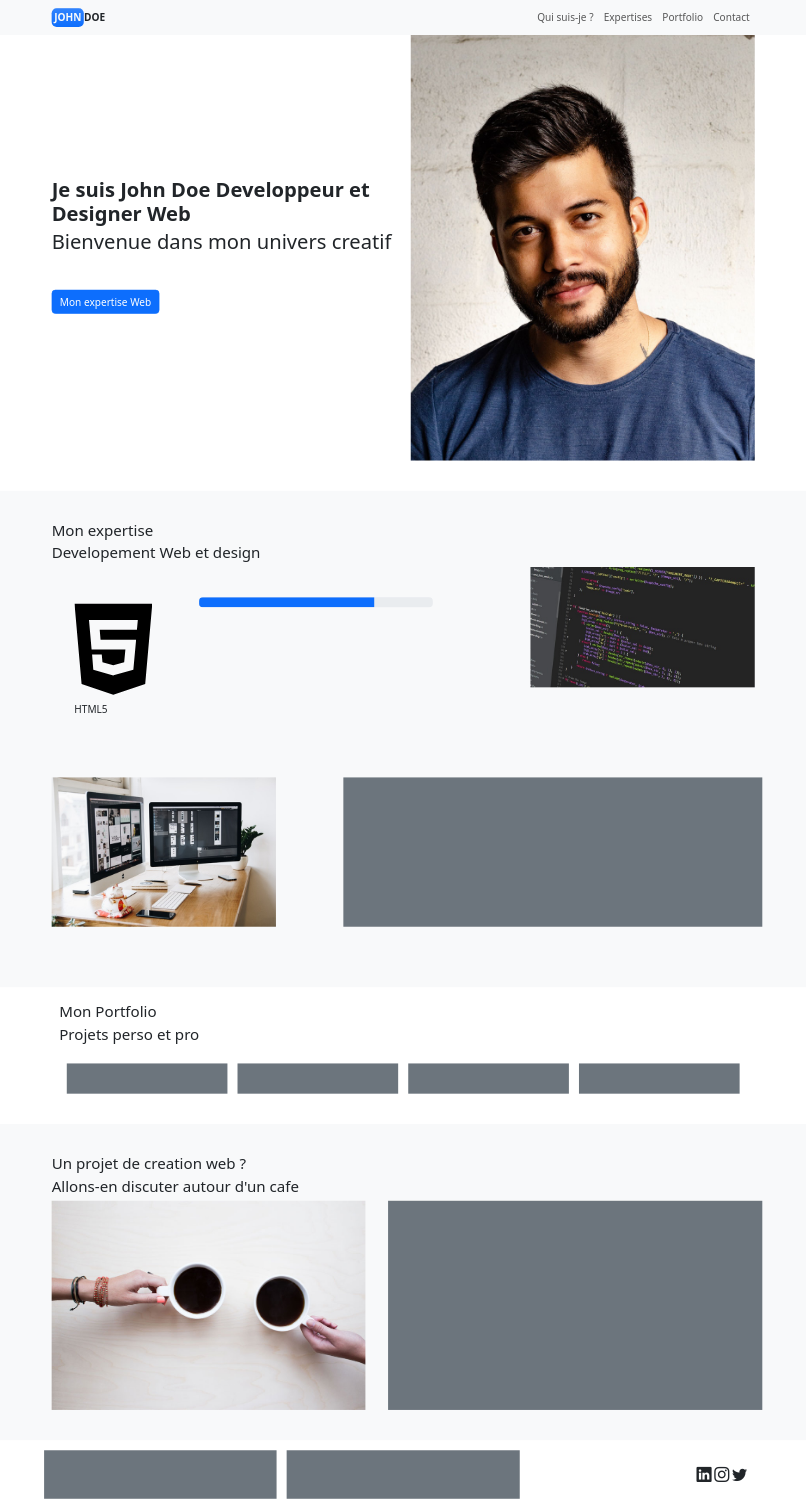
Repository: wadelfadill/Bootstrap_tache_1_portfolio
Page: index.html
The author's editor kept a copy of each file at every save. The page is drawn from the files as they stood at one save, then again after the next save.
The browser window is 1280 px wide. The pictures show the whole page, at 63% of full size.
Some web libraries are served in a nearby version.

Above is the page before, as saved 2023-03-28 13:11:50.

### index.html
<!DOCTYPE html>
<html lang="en">
<head>
    <meta charset="UTF-8">
    <meta http-equiv="X-UA-Compatible" content="IE=edge">
    <meta name="viewport" content="width=device-width, initial-scale=1.0">
    <title>Portfolio_Bootstrap</title>
    <link href="https://cdn.jsdelivr.net/npm/bootstrap@5.3.0-alpha2/dist/css/bootstrap.min.css" rel="stylesheet" integrity="sha384-aFq/bzH65dt+w6FI2ooMVUpc+21e0SRygnTpmBvdBgSdnuTN7QbdgL+OapgHtvPp" crossorigin="anonymous">
    <link rel="stylesheet" href="https://cdn.jsdelivr.net/npm/bootstrap-icons@1.5.0/font/bootstrap-icons.css">
    <link rel="stylesheet" href="https://cdnjs.cloudflare.com/ajax/libs/font-awesome/5.15.4/css/all.min.css" integrity="sha512-1ycn6IcaQQ40/MKBW2W4Rhis/DbILU74C1vSrLJxCq57o941Ym01SwNsOMqvEBFlcgUa6xLiPY/NS5R+E6ztJQ==" crossorigin="anonymous" referrerpolicy="no-referrer" />
    <link rel="stylesheet" href="style.css">
    <!-- Font Awesome -->
    <script src="https://kit.fontawesome.com/14273d579a.js" crossorigin="anonymous"></script>
</head>
<body>
    <header>
        <nav class="navbar navbar-expand-md bg-light navbar-light container-fluid fixed-top">
            <div class="container">
                <a href="/index.html" class="nav-brand text-uppercase fw-bolder link-dark link-underline-opacity-0">
                    <span class="bg-primary bg-gradient p-1 rounded-3 text-light">JOHN</span>DOE
                </a>
                <button class="navbar-toggler" type="button" data-bs-toggle="collapse" data-bs-target="#navbarNav" aria-controls="navbarNav" aria-expanded="false" aria-label="Toggle navigation">
                    <span class="navbar-toggler-icon"></span>
                </button>
                <div class="collapse navbar-collapse justify-content-end" id="navbarNav">
                    <ul class="navbar-nav">
                        <li class="nav-item">
                            <a class="nav-link" href="#johndoe">Qui suis-je ?</a>
                        </li>
                        <li class="nav-item">
                            <a class="nav-link" href="#expertise">Expertises</a>
                        </li>
                        <li class="nav-item">
                            <a class="nav-link" href="#portfolio">Portfolio</a>
                        </li>
                        <li class="nav-item">
                            <a class="nav-link" href="#contact">Contact</a>
                        </li>
                    </ul>
                </div>
            </div>
        </nav>
    </header>
    <main>
        <section class="my-5">
            <div class="container">
                <div class="row gy-4 gy-md-0 align-items-center">
                    <div class="col-12 col-md-6 py-5 py-md-0">
                        <p class="h2 fw-bold">Je suis John Doe Developpeur et Designer Web</p>
                        <p class="h2 fw-light">Bienvenue dans mon univers creatif</p>
                        <a class="btn btn-primary mt-5" href="#expertise" role="button">Mon expertise Web</a>

                    </div>
                    <div class="col-12 col-md-6">
                        <img src="img/portrait.jpg" alt="profile de Jhon Doe" class="w-100">
                    </div>
                </div>
            </div>
        </section>
        <section>
            <div class="container-fluid bg-light py-5 mt-5">
                <div class="container">
                 <p class="h4 .fs-3 .fs-md-2" id="expertise">Mon expertise</p>
                 <p class="h4 .fs-3 .fs-md-2">Developement Web et design</p>
                <div class="row gy-4 gy-md-0">
                    <div class="col-12 col-md-7 bg-light p-5">
                        <div class="row">
                            <div class="col-3">
                                <img src="img/html5.svg" alt=""  class="img-fluid w-5 object-fit-contain"> <span>HTML5</span>
                            </div>
                            <div class="col-8 offset-1">
                                <div class="progress">
                                    <div class="progress-bar" role="progressbar" style="width: 75%" aria-valuenow="75" aria-valuemin="0" aria-valuemax="100"></div>
                                </div>
                            </div>
                        </div>
                    </div>
                    <div class="col-12 col-md-4 offset-md-1">
                        <img src="img/code.jpg" alt="" class="w-100">
                    </div>
                </div>
                <div class="row my-5 gy-4 gy-md-0">
                    <div class="col-12 col-md-4">
                        <img src="img/design.jpg" alt="" class="w-100">
                    </div>
                    <div class="col-12 col-md-7 bg-secondary offset-md-1 p-5">

                    </div>
                </div>
             </div>
            </div>

        </section>
        <section class="container">
            <div class="container my-4">
                <p class="h4 .fs-3 .fs-md-2" id="portfolio">Mon Portfolio</p>
                <p class="h4 .fs-3 .fs-md-2">Projets perso et pro</p>
                <div class="row gap-3 p-4">
                    <div class="col-12 col-md bg-secondary py-4"></div>
                    <div class="col-12 col-md bg-secondary py-4"></div>
                    <div class="col-12 col-md bg-secondary py-4"></div>
                    <div class="col-12 col-md bg-secondary py-4"></div>
                </div>
            </div>
        </section>
        <section class="p-5 bg-light">
            <div class="container">
                <p class="h4 .fs-3 .fs-md-2" id="contact">Un projet de creation web ?</p>
                <p class="h4 .fs-3 .fs-md-2">Allons-en discuter autour d'un cafe</p>
                <div class="row gap-4 gy-4 gy-md-0">
                    <div class="col-12 col-md">
                        <img src="img/grab-a-coffee.jpg" class="w-100" alt="">
                    </div>
                    <div class="col-12 col-md bg-secondary p-5"></div>
                </div>
            </div>
        </section>
    </main>
    <footer>
        <div class="container">
            <div class="row gap-3 py-3">
                <div class="col-12 col-md p-4 bg-secondary"></div>
                <div class="col-12 col-md p-4 bg-secondary"></div>
                <div class="col-12 col-md p-4 text-md-end">
                    <a href="#" target="_blank" class="link-dark link-underline-opacity-0">
                        <i class="bi bi-linkedin h4"></i>
                    </a>
                    <a href="#" target="_blank" class="link-dark link-underline-opacity-0">
                        <i class="bi bi-instagram h4"></i>
                    </a>
                    <a href="#" target="_blank" class="link-dark link-underline-opacity-0">
                        <i class="bi bi-twitter h4"></i>
                    </a>
                </div>
            </div>
        </div>
    </footer>
    <script src="https://cdn.jsdelivr.net/npm/bootstrap@5.3.0-alpha2/dist/js/bootstrap.bundle.min.js" integrity="sha384-qKXV1j0HvMUeCBQ+QVp7JcfGl760yU08IQ+GpUo5hlbpg51QRiuqHAJz8+BrxE/N" crossorigin="anonymous"></script>

</body>
</html>

Loaded but not shown: style.css (no stored copy; drawn as an empty file)

After the next save:
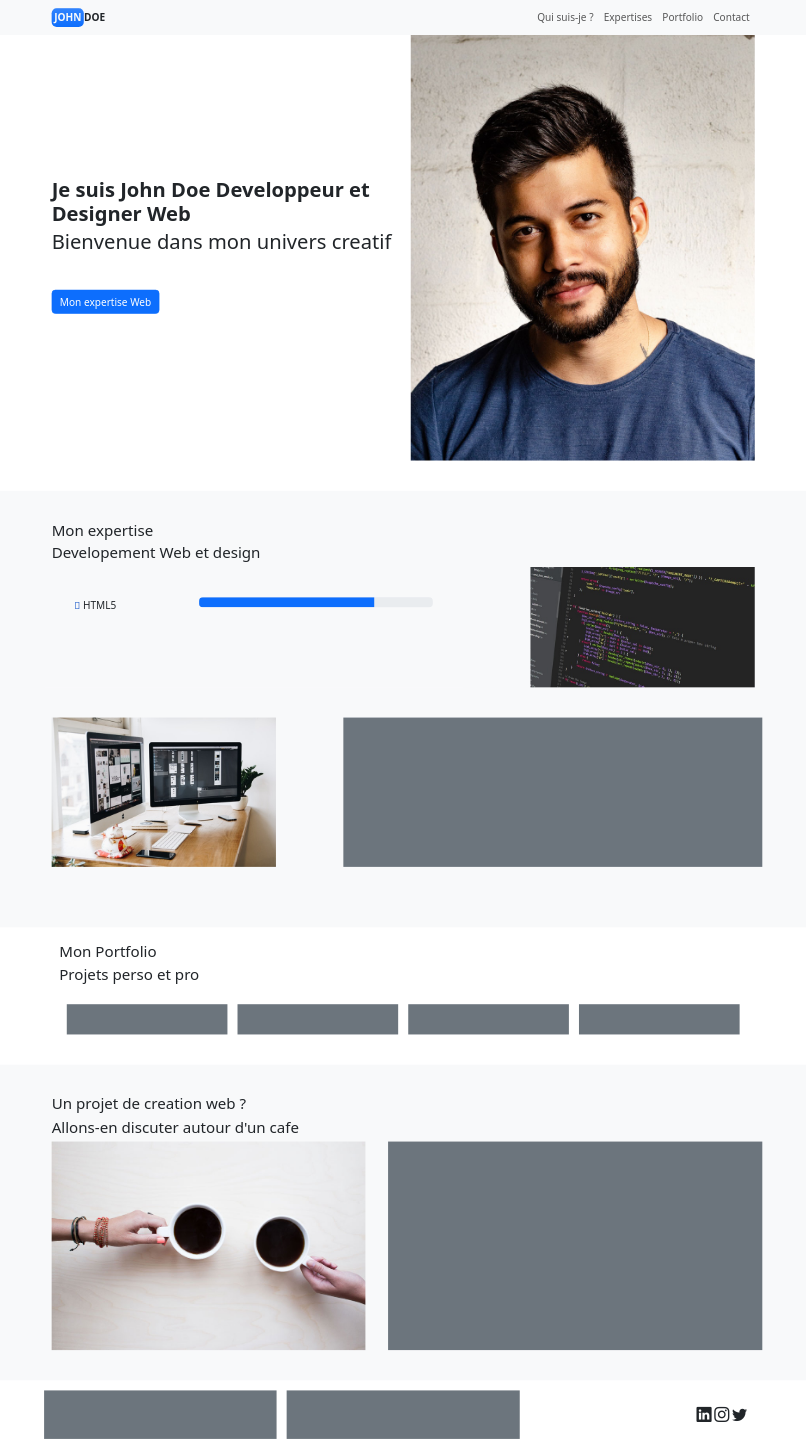
Saved 66 s later.
--- a/index.html
+++ b/index.html
@@ -66,7 +66,7 @@
                     <div class="col-12 col-md-7 bg-light p-5">
                         <div class="row">
                             <div class="col-3">
-                                <img src="img/html5.svg" alt=""  class="img-fluid w-5 object-fit-contain"> <span>HTML5</span>
+                                <i class="fa-brand fa-html5" style="color: #044ac3;"></i> HTML5
                             </div>
                             <div class="col-8 offset-1">
                                 <div class="progress">
